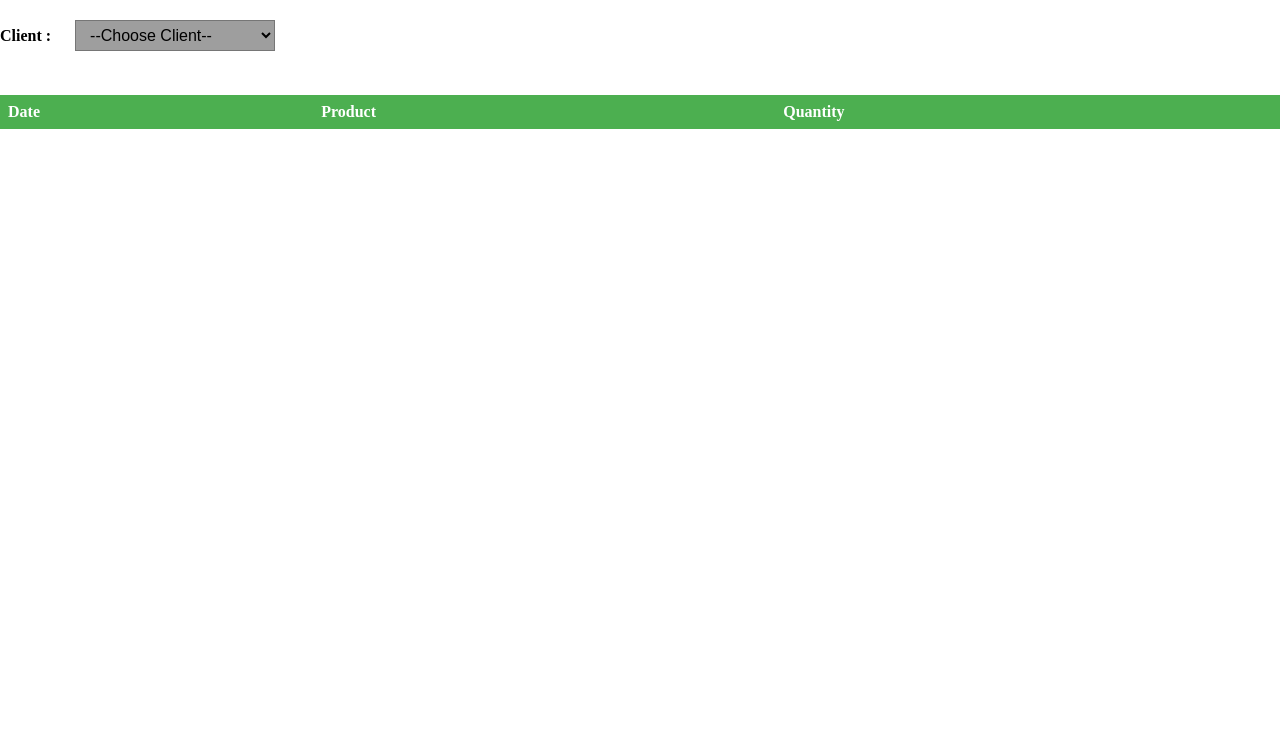
Repository: erjaimin/coding-ground
Page: http://localhost/SalesWebApp/stats.jsp
These files come from the project's save history. The page is drawn as it stood at one moment and after the next save; the edit follows.
The browser window is 1280 px wide. The pictures show the whole page.
Pictures or frames that could not be fetched are drawn as grey boxes. Some web libraries are served in a nearby version. The page is served by Tomcat 9. Queries for data that is not in the repository find no rows.

Above is the page before, as saved 2017-11-28 18:47:30.

### SalesWebApp/WebContent/stats.jsp
<!DOCTYPE html>
<%@ page language="java" contentType="text/html; charset=UTF-8"
    pageEncoding="UTF-8"%>
<%@ page import="java.sql.*"%>
<%@ page import="java.util.Map"%>
<%@ page import="java.util.HashMap"%>
<%@ page import="java.util.LinkedHashMap"%>
<%@ taglib prefix="c" uri="http://java.sun.com/jsp/jstl/core" %>
<%! String query1 = "SELECT CUSTOMER.CUSTOMER_ID, CUSTOMER.CUSTOMER_NAME "+
	    "FROM CUSTOMER INNER JOIN SALES_ORDER ON SALES_ORDER.CUSTOMER_ID = CUSTOMER.CUSTOMER_ID "+
	    "GROUP BY CUSTOMER.CUSTOMER_ID, CUSTOMER.CUSTOMER_NAME";
	String query2 = "SELECT SUM(SALES_ORDER_LINE_ITEM.QUANTITY) AS Quantity, "+
	    "BOM.OUTPUT_DESCRIPTION AS Product, SALES_ORDER.BILLING_DATE FROM SALES_ORDER_LINE_ITEM "+
	    "INNER JOIN sales_order ON SALES_ORDER_LINE_ITEM.SALES_ORDER_ID = SALES_ORDER.SALES_ORDER_ID "+
	    "INNER JOIN CUSTOMER ON CUSTOMER.CUSTOMER_ID = SALES_ORDER.CUSTOMER_ID "+
	    "INNER JOIN BOM ON BOM.EFFECTIVE_DATE = SALES_ORDER.DELIVERY_DATE "+
	    "AND BOM.OUTPUT_PRODUCT_ID = SALES_ORDER_LINE_ITEM.PRODUCT_ID "+
	    "WHERE CUSTOMER.CUSTOMER_ID = ? GROUP BY "+
	    "BOM.OUTPUT_DESCRIPTION, SALES_ORDER.BILLING_DATE";
	String query3 ="SELECT SIM_DATE FROM CURRENT_SIM_DATE";
	/* String query3 ="SELECT SIM_DATE.SIM_DATE FROM CURRENT_SIM_DATE "+
	    "INNER JOIN SIM_DATE ON CURRENT_SIM_DATE.CUR_NB_DAYS >= SIM_DATE.NB_DAYS "+
	    "WHERE VDAY <= MAX_DAYS_PER_ROUND"; */
%>
<%
	ResultSet clients = null;
	ResultSet products = null;
	ResultSet dates = null;
	String server = "avenger.hec.ca\\erpsim";
    String database = "ERPSIM";
    String password = "ERPSIM";
	String path = null;
	Map<String, Map<String, Integer>> productDateMap = new HashMap<>();
	Map<String, Integer> dateMap = new LinkedHashMap<>();;
	try{
		/* Class.forName("com.microsoft.sqlserver.jdbc.SQLServerDriver");
        String connectionUrl = "jdbc:sqlserver://"+server+";databaseName="+database+";user=DAIRY1;password="+password+";";
        Connection connection = (Connection) DriverManager.getConnection(connectionUrl); */
        Class.forName("com.mysql.jdbc.Driver");
        String connectionUrl = "jdbc:mysql://localhost:3306/ERPSIM";
        Connection connection = (Connection) DriverManager.getConnection(connectionUrl, "root", "system");
		Statement st = connection.createStatement();
		clients = st.executeQuery(query1);
		String client = request.getParameter("client");
		if(client != "" && client != null && !client.equals("&")){
			Statement st2 = connection.createStatement(ResultSet.TYPE_SCROLL_INSENSITIVE, ResultSet.CONCUR_READ_ONLY);
			products = st2.executeQuery(query2.replace("?", client));
			Statement st3 = connection.createStatement();
			dates =  st3.executeQuery(query3);
			if(dates != null && products != null){
				while(dates.next()){
					dateMap.put(dates.getString(1), 0);
				}
				while(products.next()){
					int quantity = products.getInt(1);
					String product = products.getString(2);
					String date = products.getString(3);
					//System.out.println(product+";"+date+";"+quantity);
					Map<String, Integer> map = null;
					if(productDateMap.get(product) == null){
						productDateMap.put(product, new LinkedHashMap<>(dateMap));
						map = productDateMap.get(product);
						map.put(date, quantity);
					}else{
						map = productDateMap.get(product);
						if(map.get(date) != null){
							System.out.println(date +"=>"+map.get(date)+";"+quantity);
							map.put(date, map.get(date)+quantity);
						}
					}
					productDateMap.put(product, map);
				}
				products.beforeFirst();
			}
		}
	}catch(Exception e){
		System.out.println("Could not connect to database");
		e.printStackTrace();
	}
%>
<html>
<head>
	<meta http-equiv="Content-Type" content="text/html; charset=UTF-8">
	<title>Sales Statistics</title>
	<style type="text/css">
		.header{
			position: fixed;
		    width: 100%;
		    height: 75px;
		    background-color: white;
		    padding: 0px;
		    margin: 0;
		}
		body{
			margin: 0;
		}
		.spacer{
			width: 100%;
   		    height: 95px;
		}
		#customerDropDown{
			  -webkit-appearance: button;
			  -webkit-padding-end: 20px;
			  -webkit-padding-start: 2px;
			  background-image: url(http://i62.tinypic.com/15xvbd5.png),
			    -webkit-linear-gradient(#fafafa, #f4f4f4 40%, #e5e5e5);
			  background-position: 97% center;
			  background-repeat: no-repeat;
			  font-size: medium;
			  margin: 20px;
			  overflow: hidden;
			  padding: 5px 10px;
			  text-overflow: ellipsis;
			  white-space: nowrap;
			  width: 200px;
		}
		.button {
		    border: none;
		    padding: 16px 32px;
		    text-align: center;
		    text-decoration: none;
		    display: inline-block;
		    font-size: 16px;
		    margin: 4px 2px;
		    -webkit-transition-duration: 0.4s; /* Safari */
		    transition-duration: 0.4s;
		    cursor: pointer;
		}
		.button1 {
		    background-color: white;
		    color: black;
		    border: 2px solid #e7e7e7;
		}
		.button1:hover {background-color: #e7e7e7;}
		.button2 {
		    background-color: white;
		    color: black;
		    border: 2px solid #555555;
		}
		.button2:hover {
		    background-color: #555555;
		    color: white;
		}
		table {
		    border-collapse: collapse;
		    width: 100%;
		}
		th, td {
		    text-align: left;
		    padding: 8px;
		}
		th {
		    background-color: #4CAF50;
		    color: white;
		}

		tr:nth-child(even) {background-color: #f2f2f2;}
	</style>
	<script type="text/javascript">
		function init(){
			if(localStorage.getItem('selectedIndex') > 0){
				document.getElementById("customerDropDown").options[localStorage.getItem('selectedIndex')].selected = true;
				document.getElementById('btnTable').style.display = "inline-block";
				document.getElementById('btnGraph').style.display = "inline-block";

				var ctx = document.getElementById('myChart').getContext('2d');
				var options = {
						scales: {
							xAxes: [ { ticks: { autoSkip: false }
								 } ]
							}
				};
				var donnees = {
					    labels: [
					    	<%int noOfDates = dateMap.size();
					    	  int counter1 = 0;
					    	  for(Map.Entry<String, Integer> date : dateMap.entrySet()){%>
					    	  	<%="'"+date.getKey()+"'"%>
					    	  	<%if(counter1 +1 < noOfDates){counter1++;%>
					    	  		,
					    	<%}}%>
					    ],
					    datasets: [
					    	<%int noOfProducts = productDateMap.size();
					    	  int counter2 = 0;
					    	  for(Map.Entry<String, Map<String,Integer>> product : productDateMap.entrySet()){%>
					    	  {
							      label: '<%=product.getKey()%>',
							      data:[
							    	  <% int counter3 = 0;
							    	  for(Map.Entry<String, Integer> date : product.getValue().entrySet()){
							    	  %>
							    	  <%=date.getValue()%>
							    	  <%if(counter3 +1 < noOfDates){counter3++;%>
							    	  ,
							    	  <%}}%>
							      ]}
					    	  	<%if(counter2 +1 < noOfProducts){counter2++;%>
					    	  		,
					    	<%}}%>
					    ]
					  };
				var myChart = new Chart(ctx, {
					  type: 'line',
					  data: donnees,
					  options: options
					});
			}else{
				document.getElementById('btnTable').style.display = "none";
				document.getElementById('btnGraph').style.display = "none";
			}
		}

		function fetchClientDetails(e){
			var selectedValue= e.options[e.selectedIndex].value;
			localStorage.setItem('selectedIndex',e.selectedIndex);
			if(e.selectedIndex > 0){
				window.location.replace("stats.jsp?client=" + selectedValue);
			}else{
				window.location.replace("stats.jsp?client=&");
			}
		}

		function tableView(){
			localStorage.removeItem('view');
		}

		function graphView(){
			alert('graph');
			localStorage.setItem('view','graph');
		}
	</script>
	<script src="https://cdnjs.cloudflare.com/ajax/libs/Chart.js/2.6.0/Chart.min.js"></script>
</head>
<body onload="init();">
	<div class="header">
		<label for="customerDropDown" style="font-size: medium; font-weight: bold;">Client : </label>
		<select id="customerDropDown" name="customerDropDown" onchange="fetchClientDetails(this);">
			<option value="&" selected>--Choose Client--</option>
			<%if(clients != null){
	            while(clients.next()){%>
					<option value="<%=clients.getString(1) %>"><%=clients.getString(2) %></option>
			<%}} %>
		</select>
		<input type="button" id="btnTable" value="Table" class="button button1" onclick="tableView();"/>
		<input type="button" id="btnGraph" value="Graph" class="button button2" onclick="graphView();"/>
	</div>
	<div class="spacer">
    	&nbsp;
	</div>
	<div class="table">
		<table>
			<tr>
				<th>Date</th>
				<th>Product</th>
				<th>Quantity</th>
			</tr>
			<%if(products != null){
	            while(products.next()){%>
			<tr>
				<td><%=products.getString(3) %></td>
				<td><%=products.getString(2) %></td>
				<td><%=products.getString(1) %></td>
			</tr>
			<%}}%>
		</table>
	</div>
	<div class="graph">
		<canvas id="myChart" width='800' height='600'></canvas>
	</div>
</body>
</html>

After the next save:
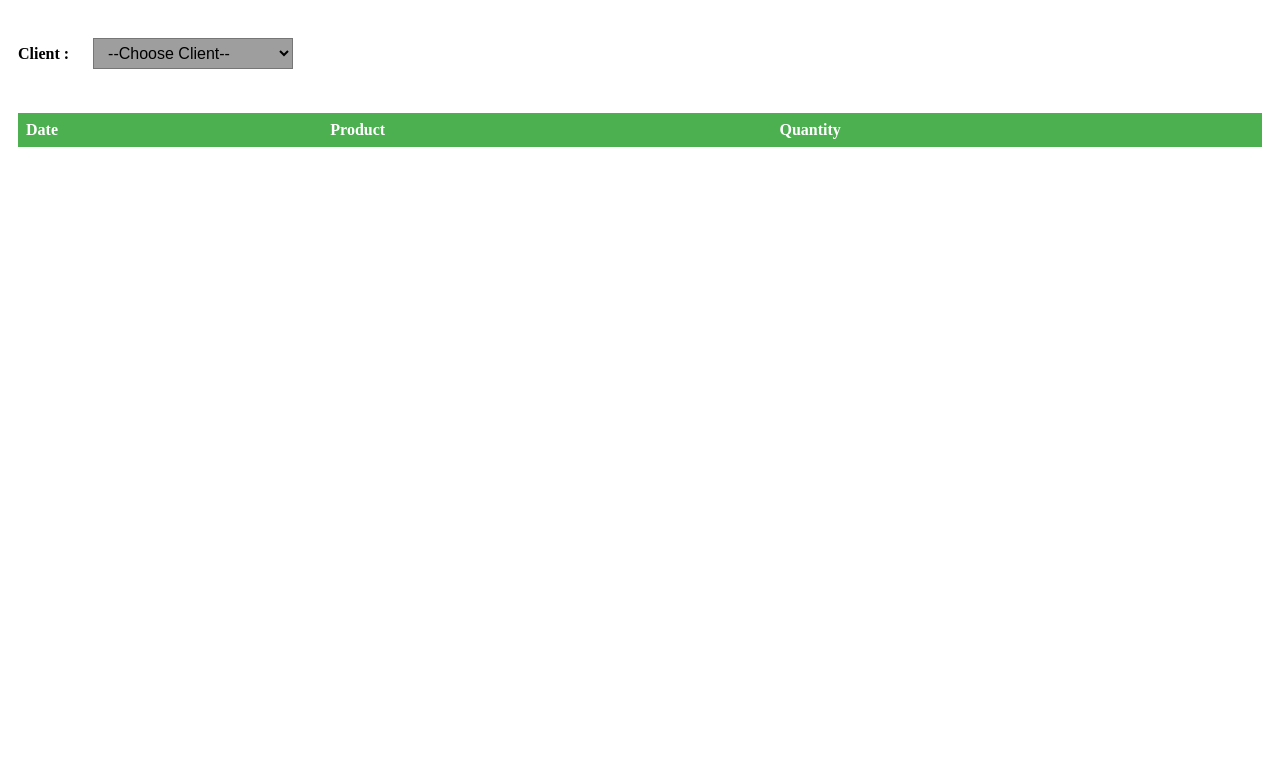
Saved 51 s later.
--- a/SalesWebApp/WebContent/stats.jsp
+++ b/SalesWebApp/WebContent/stats.jsp
@@ -92,7 +92,7 @@
 		    margin: 0;
 		}
 		body{
-			margin: 0;
+			padding: 10px;
 		}
 		.spacer{
 			width: 100%;
